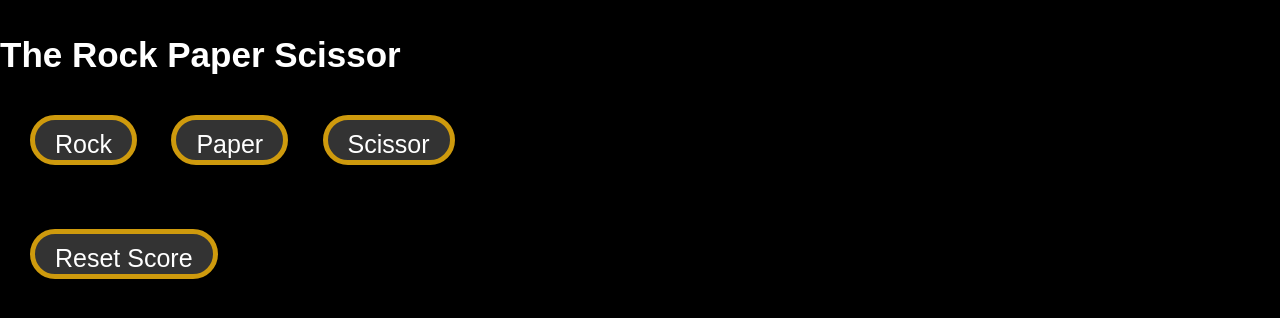
Repository: Drdregboss89/js-practical-projects
Page: index.html
These files come from the project's save history. The page is drawn as it stood at one moment and after the next save; the edit follows.
The browser window is 1280 px wide. The pictures show the whole page.

Above is the page before, as saved 2023-06-23 09:24:05.
Console error (its wording comes from the project's code and is left out).

After the next save:
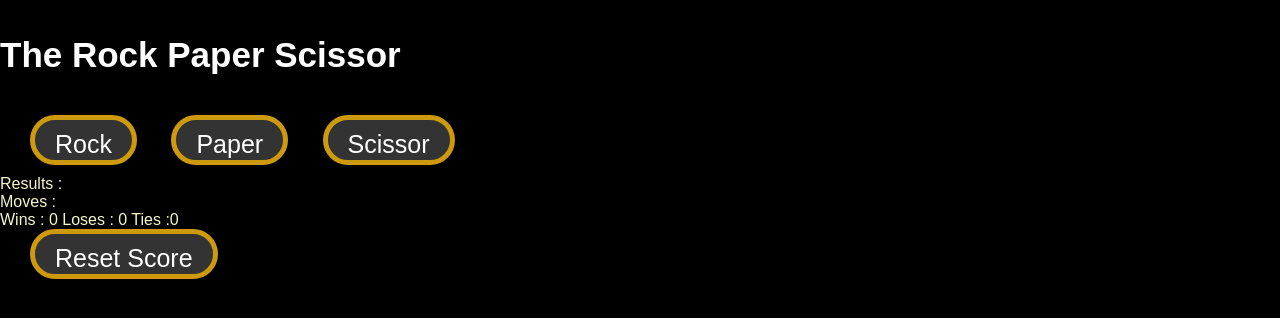
Saved 13 min 16 s later.
--- a/index.css
+++ b/index.css
@@ -23,6 +23,9 @@
   font-weight: :800;
   color:white;
 }
+p{
+  color:#f6f6c9;
+}
 
 button {
   padding: 10px 20px;
